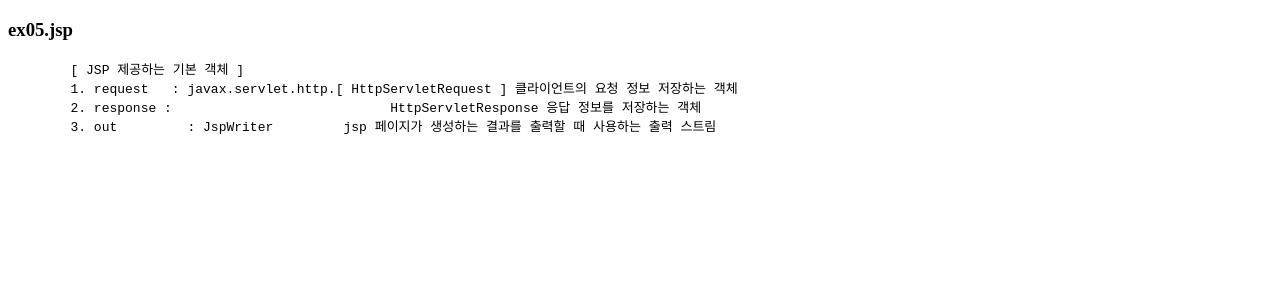
Repository: JavaYoo/kakao-emoticon-web-clone
Page: http://localhost/jspPro/days04/ex05.jsp
The author's editor kept a copy of each file at every save. The page is drawn from the files as they stood at one save, then again after the next save.
The browser window is 1280 px wide. The pictures show the whole page.
The page is served by Tomcat 9. Other server files are loaded and not shown.

Above is the page before, as saved 2022-06-17 05:48:14.

### jspPro/src/main/webapp/days04/ex05.jsp
<%@ page contentType="text/html; charset=UTF-8" pageEncoding="UTF-8"%>
<!DOCTYPE html>
<html>
<head>
<meta charset="UTF-8">
<meta name="viewport" content="width=device-width, initial-scale=1.0">
<title>2022. 6. 17. - 오후 2:45:22</title>
<link rel="shortcut icon "type = "image/x-icon" href = "../images/SiSt.ico">
<script src="https://ajax.googleapis.com/ajax/libs/jquery/3.6.0/jquery.min.js"></script>
</head>
<body>

<h3>ex05.jsp</h3>

<pre>
	[ JSP 제공하는 기본 객체 ]
	1. request   : javax.servlet.http.[ HttpServletRequest ] 클라이언트의 요청 정보 저장하는 객체
	2. response :                            HttpServletResponse 응답 정보를 저장하는 객체
	3. out         : JspWriter         jsp 페이지가 생성하는 결과를 출력할 때 사용하는 출력 스트림
</pre>

</body>
</html>

After the next save:
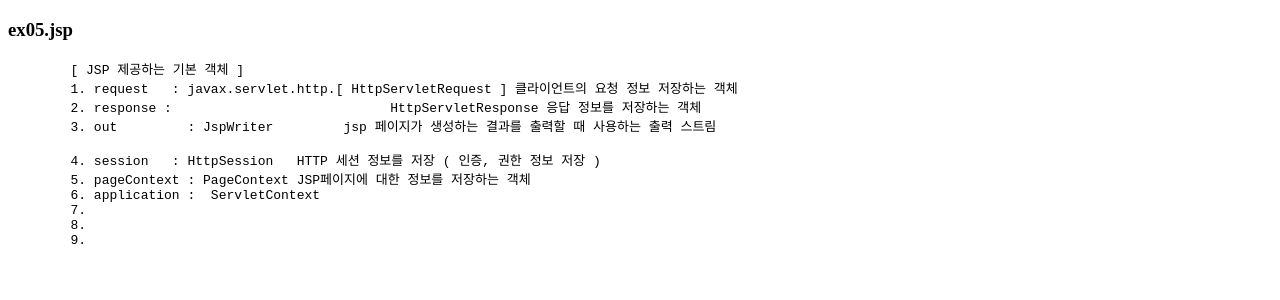
Saved 2 min 13 s later.
--- a/jspPro/src/main/webapp/days04/ex05.jsp
+++ b/jspPro/src/main/webapp/days04/ex05.jsp
@@ -17,6 +17,13 @@
 	1. request   : javax.servlet.http.[ HttpServletRequest ] 클라이언트의 요청 정보 저장하는 객체
 	2. response :                            HttpServletResponse 응답 정보를 저장하는 객체
 	3. out         : JspWriter         jsp 페이지가 생성하는 결과를 출력할 때 사용하는 출력 스트림
+
+	4. session   : HttpSession   HTTP 세션 정보를 저장 ( 인증, 권한 정보 저장 )
+	5. pageContext : PageContext JSP페이지에 대한 정보를 저장하는 객체
+	6. application :  ServletContext
+	7.
+	8.
+	9.
 </pre>
 
 </body>
